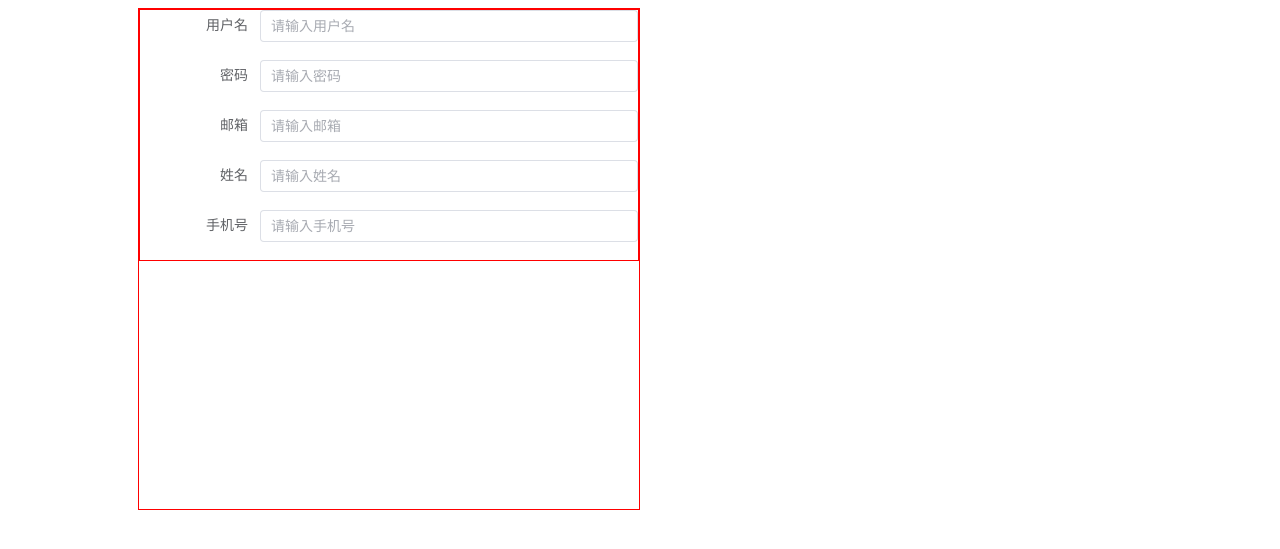
Repository: Mickey1216/yzkj_login_demo
Page: /register
The author's editor kept a copy of each file at every save. The page is drawn from the files as they stood at one save, then again after a run of saves.
The browser window is 1280 px wide. The pictures show the whole page.
The project was rebuilt for these pictures with package versions that can differ from the ones it lists, and the page was loaded fresh each time. Also part of the build but not shown: vite.config.js, src/views/Login.vue.

Above is the page before, as saved 2023-07-04 14:51:09.

### src/main.js
import './assets/main.css'
import { createApp } from 'vue'
import App from './App.vue'
import router from './router'
import ElementPlus from 'element-plus'
import 'element-plus/dist/index.css'

const app = createApp(App)
app.use(router)
app.use(ElementPlus)
app.mount('#app')

### src/assets/main.css
#app {
  max-width: 1280px;
  margin: 0 auto;
  padding: 2rem;

  font-weight: normal;
}

a,
.green {
  text-decoration: none;
  color: hsla(160, 100%, 37%, 1);
  transition: 0.4s;
}

@media (hover: hover) {
  a:hover {
    background-color: hsla(160, 100%, 37%, 0.2);
  }
}

@media (min-width: 1024px) {
  body {
    display: flex;
    place-items: center;
  }

  #app {
    display: grid;
    grid-template-columns: 1fr 1fr;
    padding: 0 2rem;
  }
}

### src/App.vue
<template>
  <div class="ct">
    <routerView/>
  </div>
</template>

<script setup>

</script>

<style scoped>

</style>

### src/router/index.js
import { createRouter, createWebHistory } from 'vue-router'
import RegisterView from '../views/Register.vue'
import LoginView from '../views/Login.vue'

const router = createRouter({
  history: createWebHistory(import.meta.env.BASE_URL),
  routes: [
    {
      path: '/register',
      name: 'home',
      component: RegisterView
    },
    {
      path: '/login',
      name: 'login',
      component: LoginView
    }
  ]
})

export default router

### src/views/Register.vue
<template>
  <div class="register">
    <el-form :model="form" label-width="120px" style="border:1px solid red;">
    <el-form-item label="用户名">
      <el-input placeholder="请输入用户名" v-model="form.name"/>
    </el-form-item>
    <el-form-item label="密码">
      <el-input placeholder="请输入密码" v-model="form.password"/>
    </el-form-item>
    <el-form-item label="邮箱">
      <el-input placeholder="请输入邮箱" v-model="form.email"/>
    </el-form-item>
    <el-form-item label="姓名">
      <el-input placeholder="请输入姓名" v-model="form.name"/>
    </el-form-item>
    <el-form-item label="手机号">
      <el-input placeholder="请输入手机号" v-model="form.phone"/>
    </el-form-item>
  </el-form>
  </div>
</template>

<script setup>
import { reactive } from 'vue'

const form = reactive({
  name: '',
  password: '',
  email: '',
  name: '',
  phone: '',

})
</script>

<style scoped>
.register{
  width: 500px;
  height: 500px;
  border: 1px solid red;
}
</style>

Loaded but not shown: index.html (common file)

After the next 2 saves:
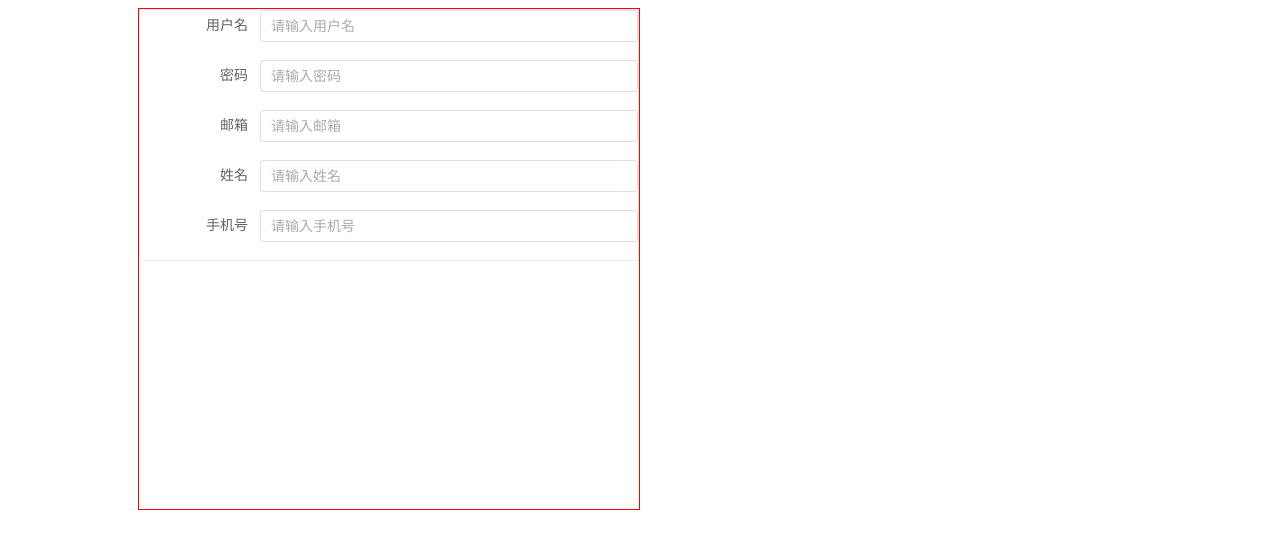
The 2 saves are shown as one change because they came seconds apart.
The last was saved 24 s later.
--- a/src/views/Register.vue
+++ b/src/views/Register.vue
@@ -1,6 +1,6 @@
 <template>
   <div class="register">
-    <el-form :model="form" label-width="120px" style="border:1px solid red;">
+    <el-form :model="form" label-width="120px" style="border:1px solid #eee;">
     <el-form-item label="用户名">
       <el-input placeholder="请输入用户名" v-model="form.name"/>
     </el-form-item>
